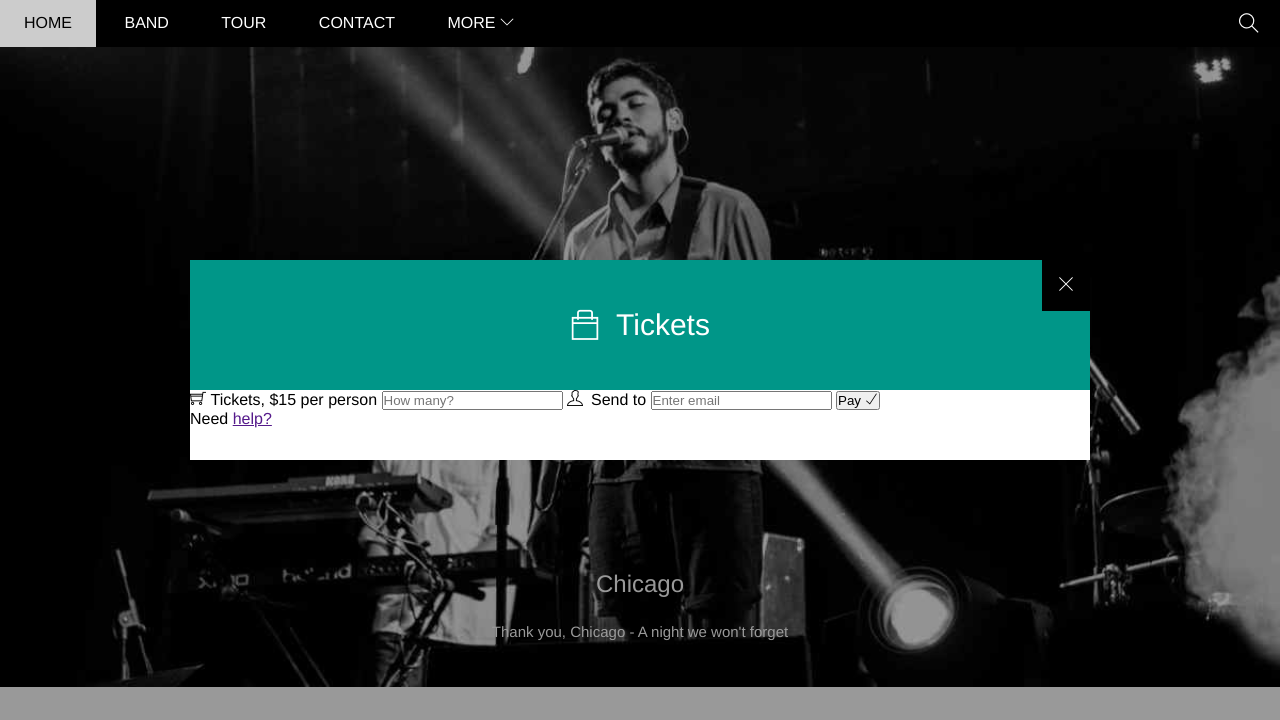
Repository: qhoa25623/The-Band
Page: index.html
The author's editor kept a copy of each file at every save. The page is drawn from the files as they stood at one save, then again after the next save.
The browser window is 1280 px wide. The pictures show the window.
The pointer rests on the first visible `.modal-close`.
A layer covers the whole window, so only the first screen is drawn.

Above is the page before, as saved 2022-04-27 22:57:11.

After the next save:
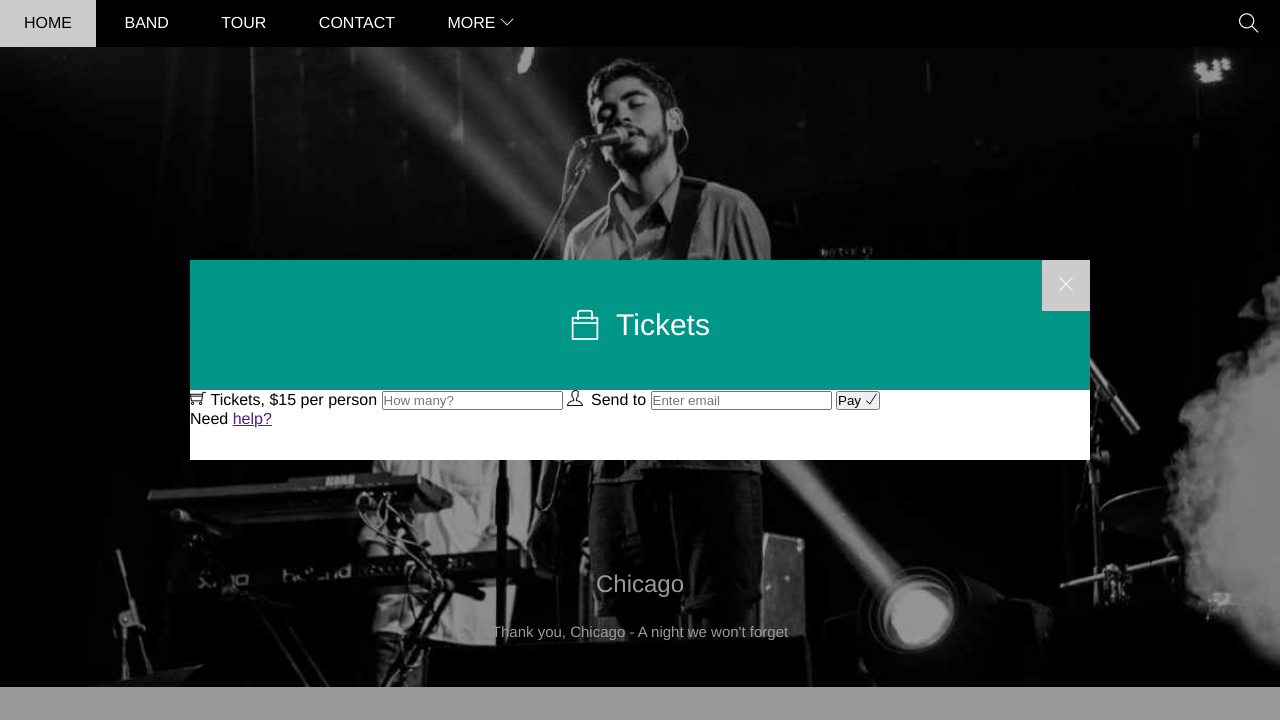
Saved 4 s later.
--- a/assets/css/styles.css
+++ b/assets/css/styles.css
@@ -269,5 +269,5 @@ html {
 }
 .modal-close:hover{
   color: #fff;
-  background-color: #000;
-}
+  background-color: #ccc;
+}
